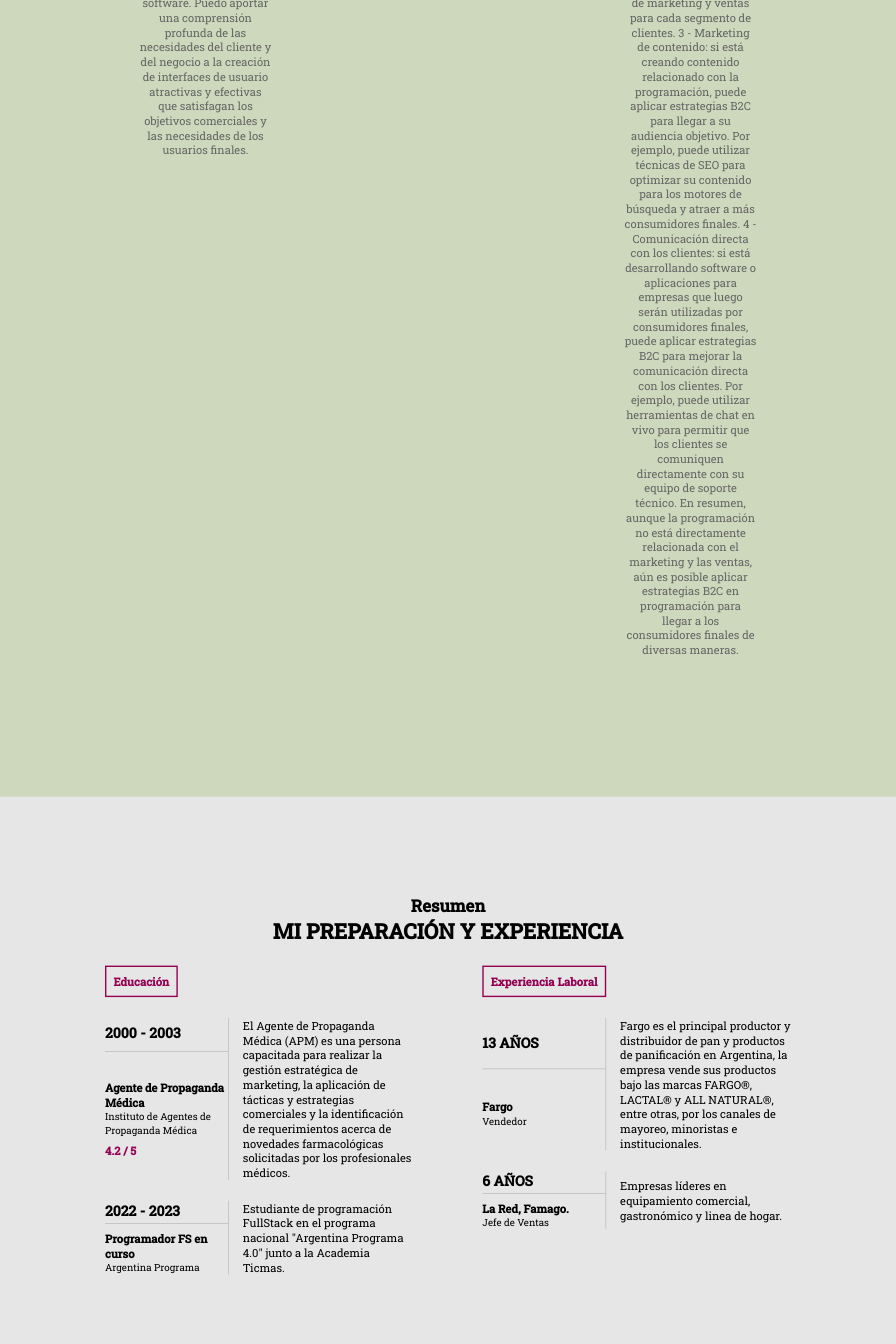
Repository: PabloSebastianPorto/Entrega-CV-1-ARG-PROG
Page: CVFINAL/CVfinal.HTML
An editor plug-in stored every save of this project. The page is shown before and after the next save, followed by the edit.
The browser window is 1280 px wide. The pictures show the part of the page from y = 1809 to 3729 px (the page is 3729 px tall), at 70% of full size.
Some web libraries are served in a nearby version.

Above is the page before, as saved 2023-02-28 12:07:16.

### CVFINAL/CVfinal.HTML
<!DOCTYPE html>
<html lang="es">
  <head>
    <meta charset="UTF-8" />
    <meta http-equiv="X-UA-Compatible" content="IE=edge" />
    <meta name="viewport" content="width=device-width, initial-scale=1.0" />
    <title>Document</title>
    <link
      rel="stylesheet"
      href="https://cdnjs.cloudflare.com/ajax/libs/font-awesome/6.3.0/css/all.min.css"
      integrity="sha512-SzlrxWUlpfuzQ+pcUCosxcglQRNAq/DZjVsC0lE40xsADsfeQoEypE+enwcOiGjk/bSuGGKHEyjSoQ1zVisanQ=="
      crossorigin="anonymous"
      referrerpolicy="no-referrer"
    />
    <link rel="stylesheet" href="CVfinal.css" />
    <title>CV Pablo Sebastián Porto</title>
  </head>
  <body>
    <section class="inicio" id="inicio">
      <div class="contenido-seccion">
        <header>
          <div class="nav-clas"></div>
          <i class="fa-solid fa-bars"></i>
          <nav id="nav" class="nav">
            <a href="#Inicio">Inicio</a>
            <a href="#Sobre Mí">Sobre Mí</a>
            <a href="#Historial">Historial Laboral</a>
            <a href="#Contacto">Contacto</a>
          </nav>
        </header>
        <div class="info">
          <h1>PABLO SEBASTIÁN PORTO</h1>
          <h2>
            Agente de Propaganda Médica, Vendedor Profesional, Desarrollador
            front-end JR
          </h2>
          <div class="redes">
            <a href="#"><i class="fa-brands fa-twitter"></i></a>
            <a href="#"><i class="fa-brands fa-facebook"></i></a>
            <a href="#"><i class="fa-brands fa-instagram"></i></a>
            <a href="#"><i class="fa-brands fa-twitch"></i></a>
            <a href="#"><i class="fa-brands fa-linkedin"></i></a>
          </div>
        </div>
        <div class="foto">
          <img
            src="IMG/CVfoto.jpg"
            alt="Aca va una imagen, pero se la robaron"
          />
        </div>
      </div>
    </section>
    <section class="sobremi" id="sobremi">
      <div class="contenido-seccion">
        <h2 class="titulo-seccion">Sobre Mí</h2>
        <h3>Datos Laborales</h3>
        <p class="especial">
          Asesor en ventas con mas de 20 años de experiencia en diferentes
          rubros.
        </p>
        <p>
          Me desarrolle como vendedor en empresas como Fargo, La Red
          Equipamiento, Famago, entre otras.
        </p>
        <div class="fila">
          <div class="col">
            <i class="fa-solid fa-user"></i>
            <span class="titulo-detalle">Perfil Comercial</span>
            <p>
              En mi caso, tengo un perfil comercial pero también he desarrollado
              habilidades en front-end, lo que me permite crear la parte visual
              y de interacción de un sitio web o aplicación móvil. Esta
              combinación de habilidades me ha permitido entender mejor las
              necesidades del negocio y los clientes, lo que puede guiar el
              diseño y la funcionalidad del producto de una manera más efectiva.
              Como profesional con experiencia en ventas y marketing, puedo
              entender las métricas de negocio y las necesidades del usuario
              final. Por lo tanto, puedo crear interfaces de usuario que estén
              diseñadas para satisfacer las necesidades específicas de los
              clientes y mejorar la experiencia del usuario. Por ejemplo, puedo
              diseñar una página de inicio atractiva y fácil de navegar que
              ayude a los visitantes a encontrar lo que están buscando de manera
              eficiente. En resumen, mi perfil comercial combinado con
              habilidades en front-end me permite ser un activo valioso para un
              equipo de desarrollo de software. Puedo aportar una comprensión
              profunda de las necesidades del cliente y del negocio a la
              creación de interfaces de usuario atractivas y efectivas que
              satisfagan los objetivos comerciales y las necesidades de los
              usuarios finales.
            </p>
          </div>
          <div class="col">
            <i class="fa-solid fa-flag"></i>
            <span class="titulo-detalle">Intereses y Objetivos</span>
            <p>
              Las estrategias B2C (Business to Consumer) son enfoques de
              marketing y ventas que se utilizan para llegar directamente a los
              consumidores finales. Aunque la programación no es un área
              tradicionalmente asociada con el marketing y las ventas, aún es
              posible aplicar estrategias B2C en programación de diversas
              maneras. Aquí hay algunas formas en que se pueden aplicar las
              estrategias B2C en programación: 1 - Desarrollo de aplicaciones
              para consumidores: si está desarrollando una aplicación para
              consumidores finales, puede aplicar estrategias B2C para llegar a
              su público objetivo. Por ejemplo, puede utilizar técnicas de
              marketing digital para promocionar su aplicación a través de
              anuncios en redes sociales y motores de búsqueda. 2 - Análisis de
              datos de los clientes: si está utilizando la programación para
              recopilar y analizar datos de los clientes, puede utilizar
              técnicas de segmentación de mercado para identificar patrones en
              los datos y personalizar su enfoque de marketing y ventas para
              cada segmento de clientes. 3 - Marketing de contenido: si está
              creando contenido relacionado con la programación, puede aplicar
              estrategias B2C para llegar a su audiencia objetivo. Por ejemplo,
              puede utilizar técnicas de SEO para optimizar su contenido para
              los motores de búsqueda y atraer a más consumidores finales. 4 -
              Comunicación directa con los clientes: si está desarrollando
              software o aplicaciones para empresas que luego serán utilizadas
              por consumidores finales, puede aplicar estrategias B2C para
              mejorar la comunicación directa con los clientes. Por ejemplo,
              puede utilizar herramientas de chat en vivo para permitir que los
              clientes se comuniquen directamente con su equipo de soporte
              técnico. En resumen, aunque la programación no está directamente
              relacionada con el marketing y las ventas, aún es posible aplicar
              estrategias B2C en programación para llegar a los consumidores
              finales de diversas maneras.
            </p>
          </div>
        </div>
      </div>
    </section>
    <section class="resumen" id="resumen">
      <div class="contenido-seccion">
        <h2 class="titulo-seccion">Resumen</h2>
        <h3>Mi preparación y experiencia</h3>
        <div class="info">
          <div class="col">
            <span class="titulo">Educación</span>
            <table>
              <tr>
                <td class="datos">
                  <h3>2000 - 2003</h3>
                </td>
                <td rowspan="2" class="descripcion">
                  El Agente de Propaganda Médica (APM) es una persona capacitada para realizar la gestión estratégica de marketing, la aplicación de tácticas y estrategias comerciales y la identificación de requerimientos acerca de novedades farmacológicas solicitadas por los profesionales médicos.
                </td>
              </tr>
              <tr>
                <td>
                  <h4>Agente de Propaganda Médica</h4>
                  <p>Instituto de Agentes de Propaganda Médica</p>
                  <span class="promedio">4.2 / 5</span>
                </td>
              </tr>
            </table>
            <table>
              <tr>
                <td class="datos">
                  <h3>2022 - 2023</h3>
                </td>
                <td rowspan="2" class="descripcion">
                  Estudiante de programación FullStack en el programa nacional "Argentina Programa 4.0" junto a la Academia Ticmas.
                </td>
              </tr>
              <tr>
                <td>
                  <h4>Programador FS en curso</h4>
                  <p>Argentina Programa</p>
                  </td>
              </tr>
            </table>
          </div>
          <div class="col">
            <span class="titulo">Experiencia Laboral</span>
            <table>
              <tr>
                <td class="datos">
                  <h3>13 Años</h3>
                </td>
                <td rowspan="2" class="descripcion">
                  Fargo es el principal productor y distribuidor de pan y productos de panificación en Argentina, la empresa vende sus productos bajo las marcas FARGO®, LACTAL® y ALL NATURAL®, entre otras, por los canales de mayoreo, minoristas e institucionales.
                </td>
              </tr>
              <tr>
                <td>
                  <h4>Fargo</h4>
                  <p>Vendedor</p>
                </td>
              </tr>
            </table>
            <table>
              <tr>
                <td class="datos">
                  <h3>6 Años</h3>
                </td>
                <td rowspan="2" class="descripcion">
                  Empresas líderes en equipamiento comercial, gastronómico y linea de hogar.
                </td>
              </tr>
              <tr>
                <td>
                  <h4>La Red, Famago.</h4>
                  <p>Jefe de Ventas</p>
                </td>
              </tr>
            </table>
          </div>
        </div>
      </div>
    </section>
    </section>
  </body>
</html>

### CVFINAL/CVfinal.css
@import url("https://fonts.googleapis.com/css2?family=Roboto+Slab:wght@100;200;300;400;500&display=swap");
* {
  box-sizing: border-box;
  font-family: "Roboto Slab", serif;
  margin: 0;
  padding: 0;
}
html {
  box-sizing: border-box;
  font-family: "Roboto Slab", serif;
  margin: 0;
  padding: 0;
}
html {
  scroll-behavior: smooth;
}
.inicio {
  background: linear-gradient(rgba(0, 0, 0, 0.3), rgba(0, 0, 0, 0.3)),
    url(IMG/imagen-fondo.jpg);
  background-size: cover;
  background-position: center center;
  color: #ffffff;
}
.inicio .contenido-seccion {
  max-width: 1000px;
  margin: auto;
  text-align: center;
  padding: 0 10px;
}
.inicio .contenido-seccion header {
  padding: 30px;
}
.inicio .contenido-seccion header nav {
  background: #1e2326;
  position: fixed;
  width: 100%;
  top: 0;
  left: 0;
  z-index: 99;
  display: flex;
  justify-content: center;
}
.inicio .contenido-seccion header nav a {
  display: block;
  color: #ffffff;
  text-decoration: none;
  margin-bottom: 15px;
  margin-top: 15px;
  margin-right: 25px;
  font-weight: bold;
}
.inicio .contenido-seccion header nav a:hover {
  color: #ced8bc;
  transition: color 0.3s ease;
}
.inicio .contenido-seccion .info {
  padding-bottom: 130px;
}
.inicio .contenido-seccion .info h1 {
  font-size: 3rem;
  letter-spacing: 5px;
}
.inicio .contenido-seccion .info h2 {
  font-weight: normal;
  font-size: 20px;
  margin-top: -10px;
  letter-spacing: 2px;
}
.inicio .contenido-seccion .info .redes {
  margin: 20px 0;
}
.inicio .contenido-seccion .info .redes a {
  display: inline-block;
  text-decoration: none;
  background-color: #000;
  color: #ffffff;
  border: 2px solid #ffffff;
  border-radius: 50%;
  width: 40px;
  height: 40px;
  line-height: 40px;
  margin: 0 5px;
  transition: 0.3s;
}
.inicio .contenido-seccion .info .redes a:hover {
  color: #fff;
  background-color: #003e6c;
  box-shadow: 0 0 20px #fff;
}
.inicio .contenido-seccion .foto {
  position: relative;
}
.inicio .contenido-seccion .foto img {
  max-width: 350px;
  max-height: 350px;
  border-radius: 50%;
  border: 5px solid #003e6c;
  position: absolute;
  left: 50%;
  top: -100px;
  transform: translateX(-50%);
}
.sobremi {
  background-color: #ced8bc;
  padding: 200px 0 200px 0;
  text-align: center;
}
.sobremi .contenido-seccion {
  max-width: 3000px;
  margin: auto;
  padding: 0 10px;
}
.sobremi .contenido-seccion h3 {
  text-transform: uppercase;
  font-size: 30px;
}
.sobremi .contenido-seccion .especial {
  color: #003e6c;
  font-weight: bold;
  margin-top: 15px;
}
.sobremi .contenido-seccion p {
  max-width: 1000px;
  margin: auto;
  color: #666;
  padding-left: 5cm;
  padding-right: 5cm;
}
.sobremi .contenido-seccion .fila {
  display: flex;
  margin-top: 40px;
  justify-content: space-between;
}
.sobremi .contenido-seccion .fila .col {
  width: 45%;
}
.sobremi .contenido-seccion .fila .col i {
  color: #003e6c;
  display: inline-block;
  width: 40px;
  height: 40px;
  border: 2px solid #003e6c;
  line-height: 40px;
  border-radius: 50%;
}
.sobremi .contenido-seccion .fila .col span {
  display: block;
  font-weight: bold;
  margin: 8px 0;
}
.resumen {
  background-color: #e6e6e6;
  padding: 140px 0 100px 0;
  text-align: center;
}
.resumen .contenido-seccion {
  max-width: 1000px;
  margin: auto;
  padding: 0 10px;
}
.resumen .contenido-seccion h3 {
  text-transform: uppercase;
  font-size: 30px;
}
.resumen .contenido-seccion .info {
  text-align: left;
  display: flex;
  justify-content: space-between;
  margin-top: 30px;
}
.resumen .contenido-seccion .info .col {
  width: 45%;
}
.resumen .contenido-seccion .info .col .titulo {
  display: inline-block;
  color: #940253;
  font-weight: bold;
  border: 2px solid #940253;
  padding: 10px;
}
.resumen .contenido-seccion .info .col table {
  margin-top: 30px;
  border-collapse: collapse;
}
.resumen .contenido-seccion .info .col table .datos {
  width: 40%;
  border-bottom: 1px solid #bab9b9;
}
.resumen .contenido-seccion .info .col table h4 {
  margin-top: 10px;
}
.resumen .contenido-seccion .info .col table h3 {
  font-size: 20px;
  margin-bottom: 5px;
}
.resumen .contenido-seccion .info .col table p {
  font-size: 14px;
}
.resumen .contenido-seccion .info .col table .promedio {
  display: block;
  color: #940253;
  margin-top: 10px;
  font-weight: bold;
}
.resumen .contenido-seccion .info .col table .descripcion {
  border-left: 1px solid #bab9b9;
  padding-left: 20px;
}

After the next save:
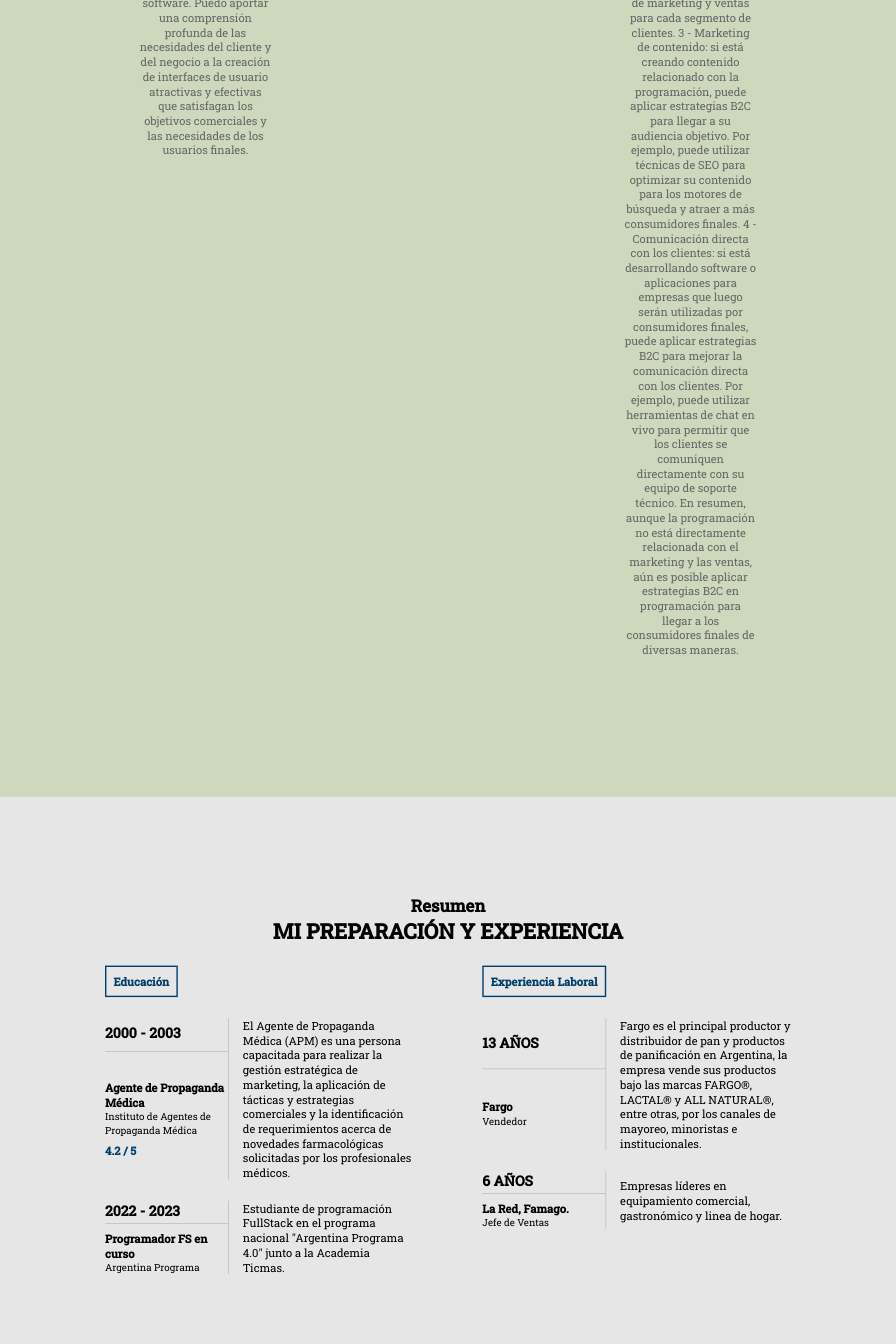
Saved 2 min 15 s later.
--- a/CVFINAL/CVfinal.css
+++ b/CVFINAL/CVfinal.css
@@ -173,9 +173,9 @@ html {
 }
 .resumen .contenido-seccion .info .col .titulo {
   display: inline-block;
-  color: #940253;
-  font-weight: bold;
-  border: 2px solid #940253;
+  color: #003e6c;
+  font-weight: bold;
+  border: 2px solid #003e6c;
   padding: 10px;
 }
 .resumen .contenido-seccion .info .col table {
@@ -198,7 +198,7 @@ html {
 }
 .resumen .contenido-seccion .info .col table .promedio {
   display: block;
-  color: #940253;
+  color: #003e6c;
   margin-top: 10px;
   font-weight: bold;
 }
